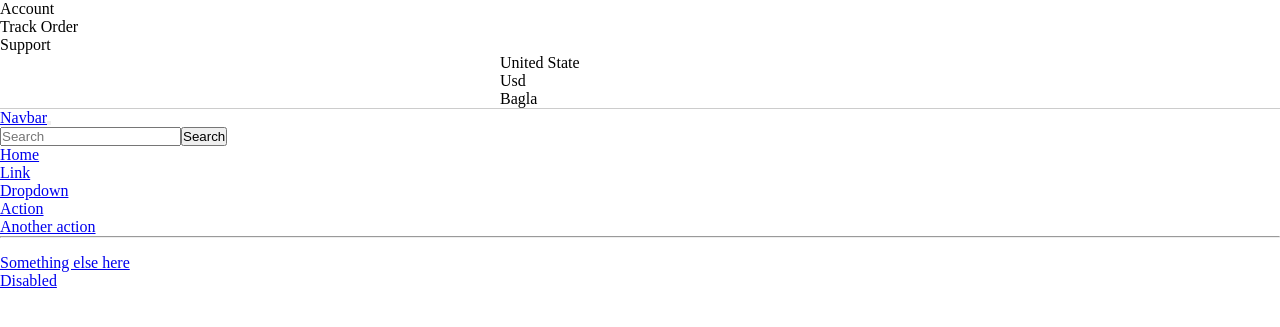
Repository: AbdulRehman787/shopo_ecommerce_web
Page: /
The author's editor kept a copy of each file at every save. The page is drawn from the files as they stood at one save, then again after the next save.
The browser window is 1280 px wide. The pictures show the whole page.
The project was rebuilt for these pictures with package versions that can differ from the ones it lists, and the page was loaded fresh each time. Also part of the build but not shown: src/Pages/AboutUs.js, src/Pages/Blog.js, src/Pages/Contact.js.

Above is the page before, as saved 2023-11-27 18:00:05.

### src/App.js
import React from 'react'
import { BrowserRouter,Routes,Route } from 'react-router-dom'
import Home from './Pages/Home';
import AboutUs from './Pages/AboutUs';
import Blog from './Pages/Blog'
import Contact from './Pages/Contact';
const App = () => {
  return (

    <BrowserRouter>
    <Routes >
    <Route  path='/' element={<Home />} />
    <Route  path='/aboutus' element={<AboutUs />} />
    <Route  path='/blog' element={<Blog />} />
    <Route  path='/contact' element={<Contact />} />

    </Routes>
    </BrowserRouter>
  )
}

export default App

### src/Pages/Home.js
import React from 'react'
import Topheader from '../Components/Header/Topheader'
import Navbar from '../Components/Header/Navbar'
const Home = () => {
  return (
    <>
    <Topheader/>
    <Navbar />
    </>
  )
}

export default Home

### src/Components/Header/Topheader.js
import React from 'react'
import './style.css'

const one1=[
    {
        name: "Account"
    },
    {
        name: "Track Order"
    }, {
        name: "Support"
    }
]
const one2=[
    {
        name: "United State"
    },
    {
        name: "Usd "
    }, {
        name: "Bagla"
    }
]
const Topheader = () => {
  return (
    <>
    <div className='headcont1'>
    <div class="container mt-3 mb-lg-0">
  <div class="row">
    <div class="col-sm d-flex ">
      {one1.map((curelem,index)=>{
        return (
            <>

            <p className='px-3'>{curelem.name}</p>

            </>
        )
      })}
    </div>
    <div class="col-sm d-flex sam">
      {one2.map((curelem,index)=>{
        return (
            <>

            <p className='px-3'>{curelem.name}</p>

            </>
        )
      })}
    </div>

  </div>
</div>
</div>
    </>
  )
}

export default Topheader

### src/Components/Header/Navbar.js
import React from 'react'

const Navbar = () => {
  return (
    <>
    <nav class="navbar navbar-expand-lg navbar-light bg-light">
  <div class="container-fluid">
    <a class="navbar-brand" href="#">Navbar</a>
    <button class="navbar-toggler" type="button" data-bs-toggle="collapse" data-bs-target="#navbarSupportedContent" aria-controls="navbarSupportedContent" aria-expanded="false" aria-label="Toggle navigation">
      <span class="navbar-toggler-icon"></span>
    </button>
    <div class="collapse navbar-collapse" id="navbarSupportedContent">
    <form class="d-flex">
        <input class="form-control me-2" type="search" placeholder="Search" aria-label="Search" />
        <button class="btn btn-outline-success" type="submit">Search</button>
      </form>
      <ul class="navbar-nav mt-auto mb-2 mb-lg-0">
        <li class="nav-item">
          <a class="nav-link active" aria-current="page" href="#">Home</a>
        </li>
        <li class="nav-item">
          <a class="nav-link" href="#">Link</a>
        </li>
        <li class="nav-item dropdown">
          <a class="nav-link dropdown-toggle" href="#" id="navbarDropdown" role="button" data-bs-toggle="dropdown" aria-expanded="false">
            Dropdown
          </a>
          <ul class="dropdown-menu" aria-labelledby="navbarDropdown">
            <li><a class="dropdown-item" href="#">Action</a></li>
            <li><a class="dropdown-item" href="#">Another action</a></li>
            <li><hr class="dropdown-divider" /></li>
            <li><a class="dropdown-item" href="#">Something else here</a></li>
          </ul>
        </li>
        <li class="nav-item">
          <a class="nav-link disabled" href="#" tabindex="-1" aria-disabled="true">Disabled</a>
        </li>
      </ul>

    </div>
  </div>
</nav>
    </>
  )
}

export default Navbar

### src/Components/Header/style.css
*{
    margin: 0;
    padding: 0;
}
.headcont1{


    border-bottom: 1px solid #ccc;
    justify-content: center !important;
    align-items: center;
}
.container{
    justify-content: center !important;

}
.sam{
    margin-left: 500px !important;
}

Loaded but not shown: src/index.js (common file)

After the next save:
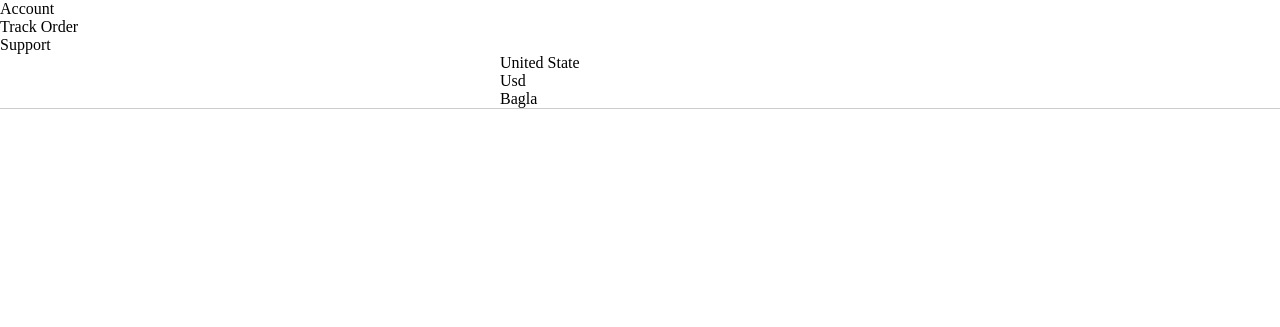
Saved 7 s later.
--- a/src/Components/Header/Navbar.js
+++ b/src/Components/Header/Navbar.js
@@ -3,43 +3,7 @@
 const Navbar = () => {
   return (
     <>
-    <nav class="navbar navbar-expand-lg navbar-light bg-light">
-  <div class="container-fluid">
-    <a class="navbar-brand" href="#">Navbar</a>
-    <button class="navbar-toggler" type="button" data-bs-toggle="collapse" data-bs-target="#navbarSupportedContent" aria-controls="navbarSupportedContent" aria-expanded="false" aria-label="Toggle navigation">
-      <span class="navbar-toggler-icon"></span>
-    </button>
-    <div class="collapse navbar-collapse" id="navbarSupportedContent">
-    <form class="d-flex">
-        <input class="form-control me-2" type="search" placeholder="Search" aria-label="Search" />
-        <button class="btn btn-outline-success" type="submit">Search</button>
-      </form>
-      <ul class="navbar-nav mt-auto mb-2 mb-lg-0">
-        <li class="nav-item">
-          <a class="nav-link active" aria-current="page" href="#">Home</a>
-        </li>
-        <li class="nav-item">
-          <a class="nav-link" href="#">Link</a>
-        </li>
-        <li class="nav-item dropdown">
-          <a class="nav-link dropdown-toggle" href="#" id="navbarDropdown" role="button" data-bs-toggle="dropdown" aria-expanded="false">
-            Dropdown
-          </a>
-          <ul class="dropdown-menu" aria-labelledby="navbarDropdown">
-            <li><a class="dropdown-item" href="#">Action</a></li>
-            <li><a class="dropdown-item" href="#">Another action</a></li>
-            <li><hr class="dropdown-divider" /></li>
-            <li><a class="dropdown-item" href="#">Something else here</a></li>
-          </ul>
-        </li>
-        <li class="nav-item">
-          <a class="nav-link disabled" href="#" tabindex="-1" aria-disabled="true">Disabled</a>
-        </li>
-      </ul>
 
-    </div>
-  </div>
-</nav>
     </>
   )
 }
